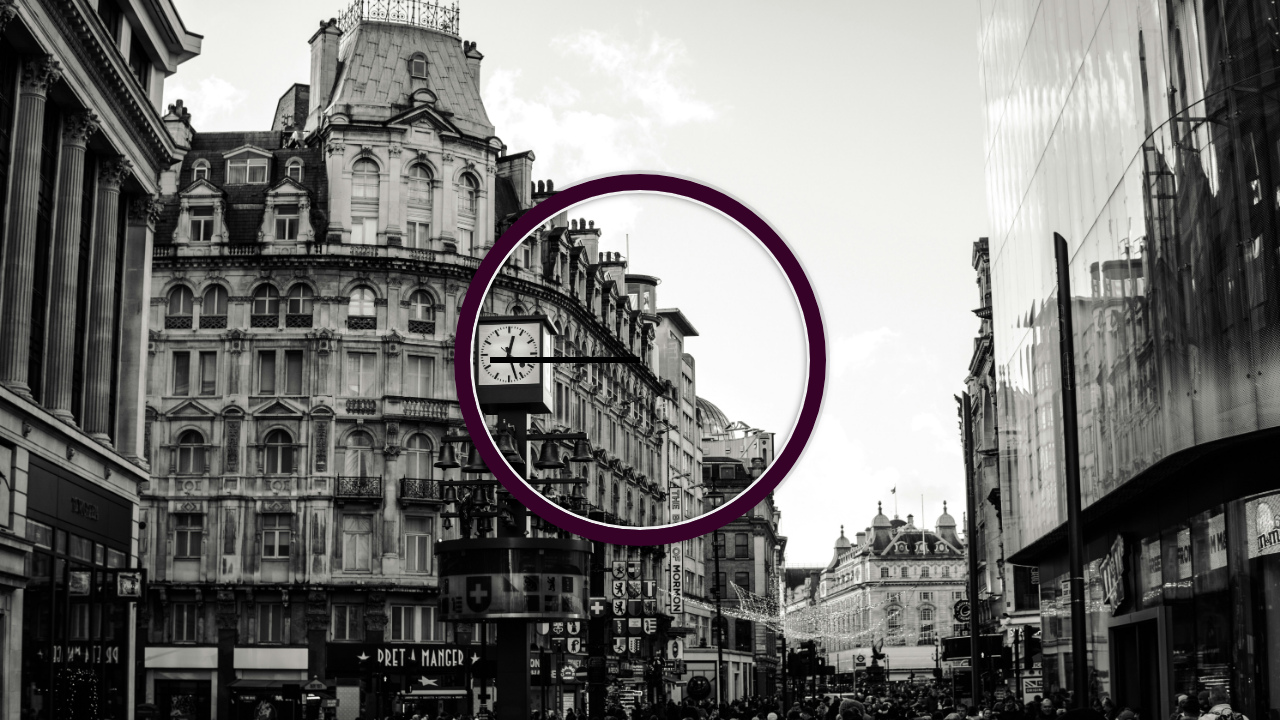
Repository: Freezler/javascript-css-clock
Page: index.html
An editor plug-in stored every save of this project. The page is shown before and after the next save, followed by the edit.
The browser window is 1280 px wide. The pictures show the whole page.

Above is the page before, as saved 2024-08-24 15:49:08.

After the next save:
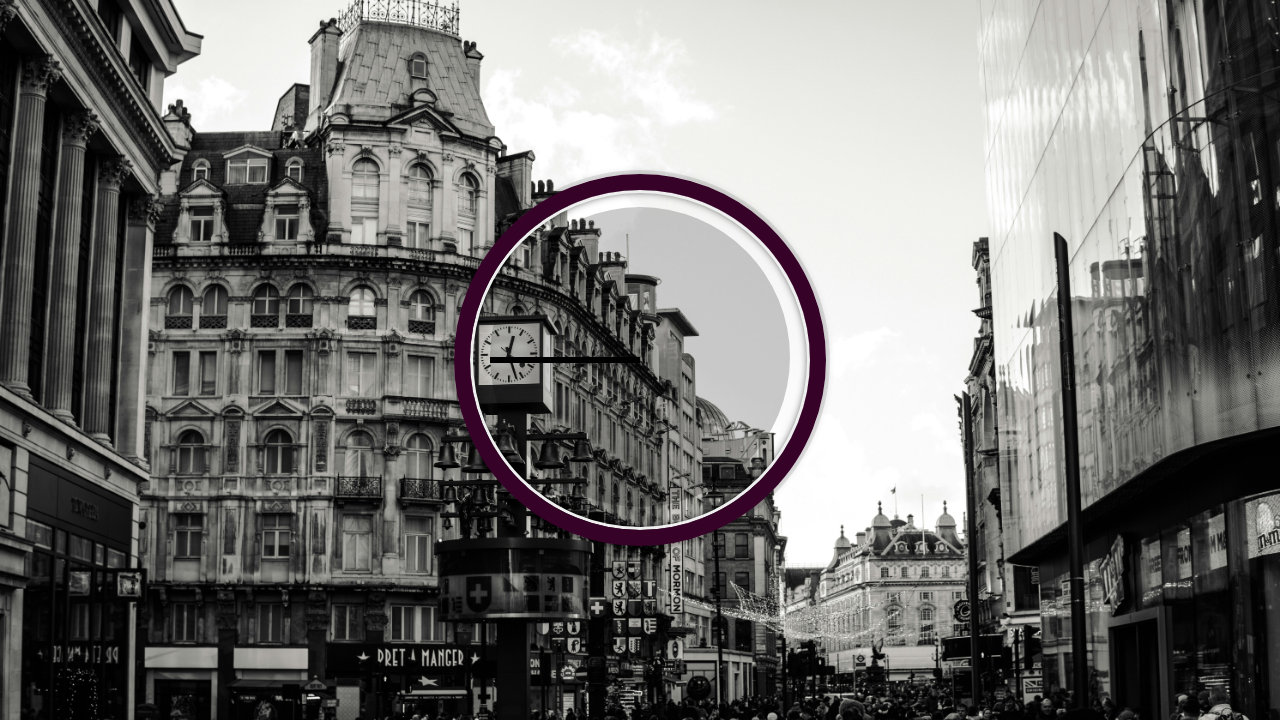
Saved 13 s later.
--- a/style.css
+++ b/style.css
@@ -39,7 +39,7 @@ body {
     height: 100%;
     transform: translateY(-3px);
     /* account for the height of the clock hands */
-    background: oklab(10%, 40%, 60%);
+    background: rgba(0, 0, 0, 0.2);
 
     border-radius: 50%;
 
